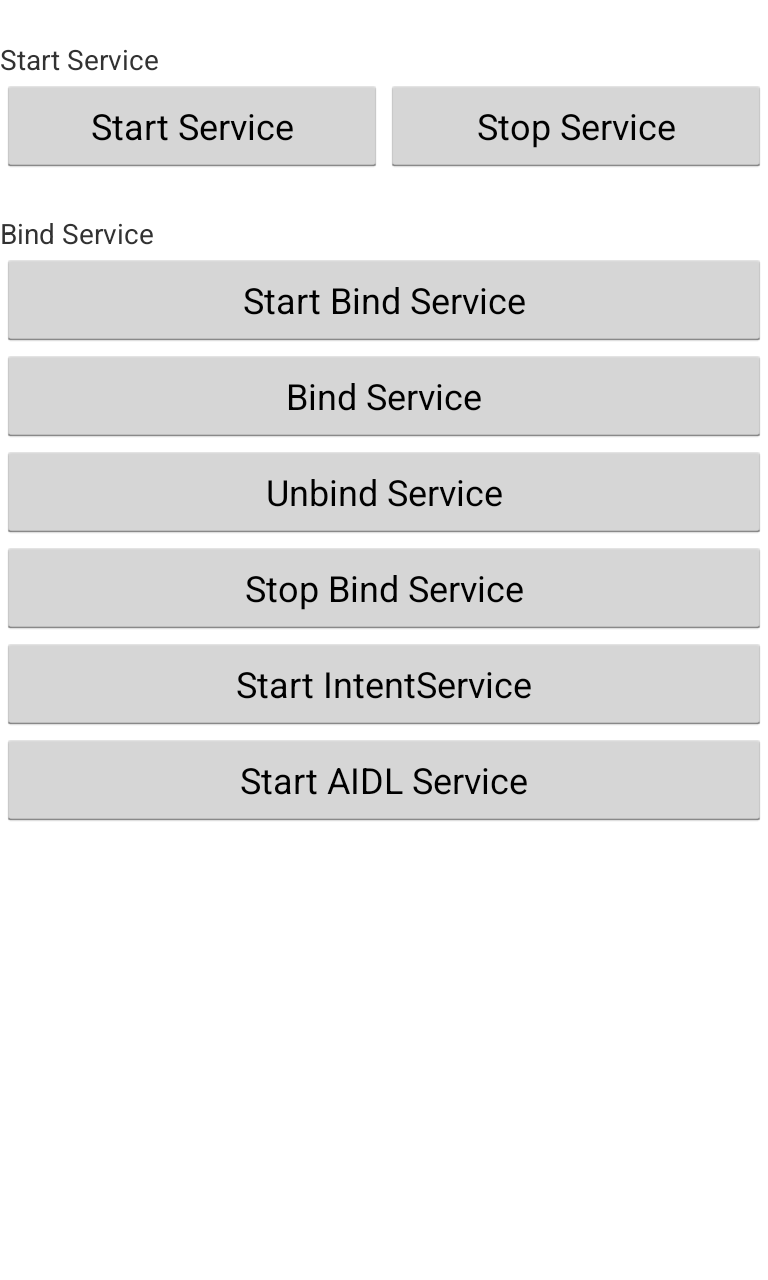
Repository: Liu-D-Henrry/Android
Layout: DemoService/res/layout/service_activity.xml
These files come from the project's save history. The layout is drawn as it stood at one moment and after the next save; the edit follows.
It is drawn on a 768 x 1280 px phone screen (xhdpi) without system bars, with theme AppTheme; the app's code is not run.

Above is the layout before, as saved 2013-09-01 10:30:09.

After the next save:
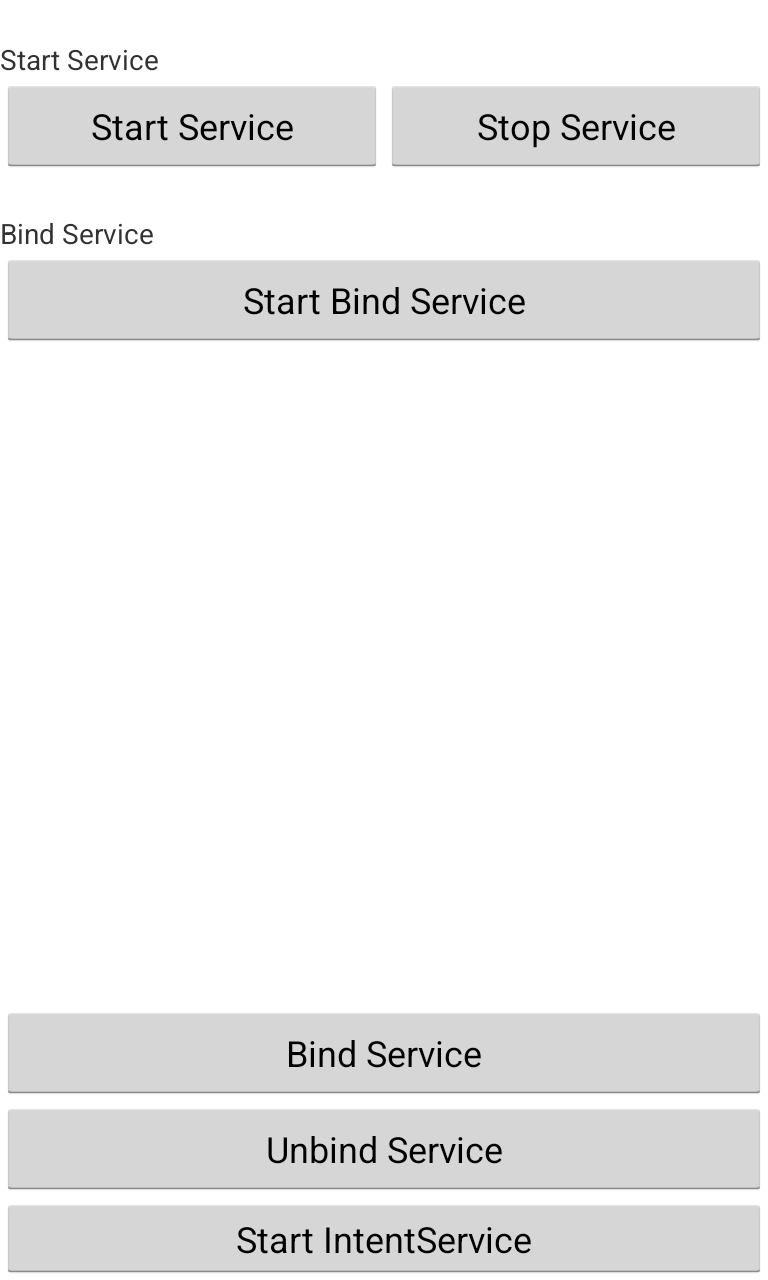
Saved 3 min 17 s later.
--- a/DemoService/res/layout/service_activity.xml
+++ b/DemoService/res/layout/service_activity.xml
@@ -29,16 +29,29 @@
 
     </LinearLayout>
 
-     <TextView
-        android:layout_width="match_parent"
+	<TextView
+		android:layout_width="match_parent"
         android:layout_height="wrap_content"
         android:layout_marginTop="20dp"
         android:text="@string/bindService" />
-    <Button
-        android:id="@+id/startBindService"
-        android:layout_width="match_parent"
-        android:layout_height="wrap_content"
-        android:text="@string/startBindService" />
+	<LinearLayout
+	    android:layout_width="match_parent"
+	    android:layout_height="wrap_content"
+	    android:orientation="horizontal" >
+
+    	<Button
+        	android:id="@+id/startBindService"
+        	android:layout_width="match_parent"
+        	android:layout_height="wrap_content"
+        	android:text="@string/startBindService" />
+
+		<Button
+        	android:id="@+id/stopBindService"
+        	android:layout_width="match_parent"
+        	android:layout_height="wrap_content"
+        	android:text="@string/stopBindService" />
+
+	</LinearLayout>
     <Button
         android:id="@+id/bindService"
         android:layout_width="match_parent"
@@ -49,11 +62,6 @@
         android:layout_width="match_parent"
         android:layout_height="wrap_content"
         android:text="@string/unbindService" />
-    <Button
-        android:id="@+id/stopBindService"
-        android:layout_width="match_parent"
-        android:layout_height="wrap_content"
-        android:text="@string/stopBindService" />
     <Button
         android:id="@+id/startIntentService"
         android:layout_width="match_parent"
